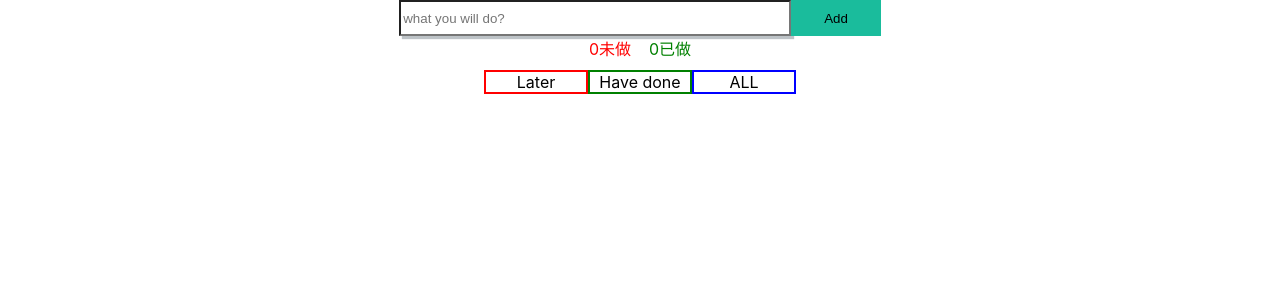
Repository: yurensmile/todolist
Page: /
These files come from the project's save history. The page is drawn as it stood at one moment and after a run of saves; the edit follows.
The browser window is 1280 px wide. The pictures show the whole page.
The project was rebuilt for these pictures with package versions that can differ from the ones it lists, and the page was loaded fresh each time. Also part of the build but not shown: src/All.js, src/HaveDone.js.

Above is the page before, as saved 2019-03-20 17:07:12.

### src/App.js
import React, { Component } from 'react';
import Todos from './Todos'
import './App.css';

class App extends Component {

  constructor() {
    super();
    this.state={
      inputValue: '',
      laters: [],
      havedones: [],
      checked: false,
      id: 1
    };
    this.updateHavedone = this.updateHavedone.bind(this);
    this.updateLaters = this.updateLaters.bind(this);
  }

  handleOnClick() {
    this.setState(state =>{
      const laters = state.laters.concat(state.inputValue);

      return {
        laters,
        inputValue: ""
      }
    })
    console.log(this.state.all);
  }
  updateInputValue(e) {
    this.setState({
      inputValue: e.target.value
    })
  }

// 点击了三栏内容
  contentOnclick(e) {
    let choice = e.target.innerHTML;
    this.setState((preState)=>{
      switch(choice){
        case "Later": return {id: 1};
        case "Have done": return {id: 2};
        case "ALL": return {id: 3};
        default: return {id:1};
      }
    })
  }

 // 如果todo中的某个被点击，则在todo中删除，并添加到havedone中
  updateHavedone(index, item){
    this.setState(state => {
      let n = state.laters.indexOf(item);
      let tem = state.laters.slice();
      tem.splice(n, 1);
      let havedones = state.havedones.concat(item);
      return ({
        havedones,
        laters: tem
      })
    })
  }

// 如果havedone中的某个被点击，则在havedone中删除，并添加到later中
  updateLaters(index, item){
    console.log("this is updatelaters");
    this.setState(state => {
      let n = state.havedones.indexOf(item);
      let tem = state.havedones.slice();
      tem.splice(n, 1);
      let laters = state.laters.concat(item);
      return({
        laters,
        havedones: tem
      })
    })
  }

  render() {
    return (
      <div className="App">
        <input type="text" placeholder="what you will do?" name="todo" value={this.state.inputValue} onChange={this.updateInputValue.bind(this)}/>
        <button onClick={this.handleOnClick.bind(this)}>Add</button><br/>
        <span style={{color: "red"}}>{this.state.laters.length}未做&nbsp;&nbsp;&nbsp;&nbsp;</span>
        <span style={{color: "green"}}>{this.state.havedones.length}已做</span>
        <div id="content" onClick={this.contentOnclick.bind(this)}>
          <div className="choice later">Later</div>
          <div className="choice havedone" >Have done</div>
          <div className="choice all">ALL</div>
        </div>
        {/* 列表内容 */}
        <Todos
          id={this.state.id}
          laters={this.state.laters}
          havedones={this.state.havedones}
          all={this.state.all}
          updateHavedones={this.updateHavedone}
          updateLaters={this.updateLaters}
        />
      </div>
    );
  }
}

export default App;

### src/Todos.js
import React, { Component } from 'react';
import All from './All'
import HaveDone from './HaveDone'
import Later from './Later'

class Todos extends Component{

  render(){
    return(
      <div>
        {
          (()=>{
            switch(this.props.id){
              case 1: return <Later laters={this.props.laters}
                                  updateHavedones={this.props.updateHavedones}
                                  />;
              case 2: return <HaveDone havedones={this.props.havedones}
                                  updateLaters={this.props.updateLaters}
                                  />;
              case 3: return <All laters={this.props.laters} havedones={this.props.havedones}/>
              default: console.log("sofunny");
            }

          })()}
      </div>
    )
  }
}
export default Todos;

### src/App.css
.App {
  text-align: center;
}

input[type="checkbox"]{
  visibility: hidden;
}

ul{
  list-style-type: none;
}
li{
  display: inline-block;
  width: 100px;
  height: 40px;
  line-height: 30px;
  height: 30px;
  margin-bottom: 4px;
}
.choice{
  margin-top: 10px;
  display: inline-block;
  width: 100px;
  text-align: center;
  border:2px solid rgb(197, 193, 193);
}
.later{
  border-color: red;
}
.havedone{
  border-color: green;
}
.all{
  border-color: blue;
}

.toggle{
  display: inline-block;
}
.App-link {
  color: #61dafb;
}
input[type="text" ]{
  width: 30%;
  height: 30px;
  box-shadow: 3px 3px 1px rgba(189, 195, 199,1.0);
}

button{
  background-color: rgba(26, 188, 156,1.0);
  border: 0px;
  width: 7%;
  height: 36px;
}

### src/Later.js
import React, { Component } from 'react';

class Later extends Component{
  constructor(props){
    super(props);
    this.state = {
      checked: false,
    };
  }

  // 点击了todo 列表的内容
  handleTodoOnclick(checked, index, item, e){
    // if e.target is not text
        // let box = e.target.previousSibling;
        this.setState((preState)=>{
          return {checked: !preState.checked}
        });
        if(checked){
          // thing to later
          // box.checked = false;
        }else{
          // thing to have done
          // box.checked = true;
  //如果later中的某个被点击，则在later中删除，并添加到havedone中
          this.props.updateHavedones(index, item);
        }
      }
  render(){
    return (
      <ul>
        {this.props.laters.map((item, index)=>{
          return (
            <div onClick={
              this.handleTodoOnclick.bind(this, this.state.checked, index, item)
              }>
              <input className="toggle" type="checkbox"/>
              <li style={{color: "red"}} key={index}>{item}</li>
            </div>
          )
        })}
      </ul>
    )
  }
}

export default Later;

Loaded but not shown: public/index.html (common file); src/index.js (common file); src/index.css (common file); src/serviceWorker.js (common file)

After the next 2 saves:
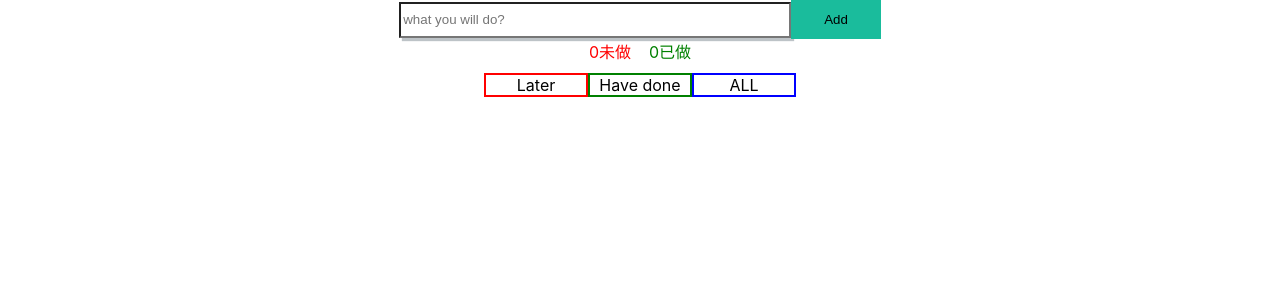
The 2 saves are shown as one change because they came seconds apart.
The last was saved 12 s later.
--- a/src/App.css
+++ b/src/App.css
@@ -50,5 +50,5 @@ button{
   background-color: rgba(26, 188, 156,1.0);
   border: 0px;
   width: 7%;
-  height: 36px;
+  height: 39px;
 }
